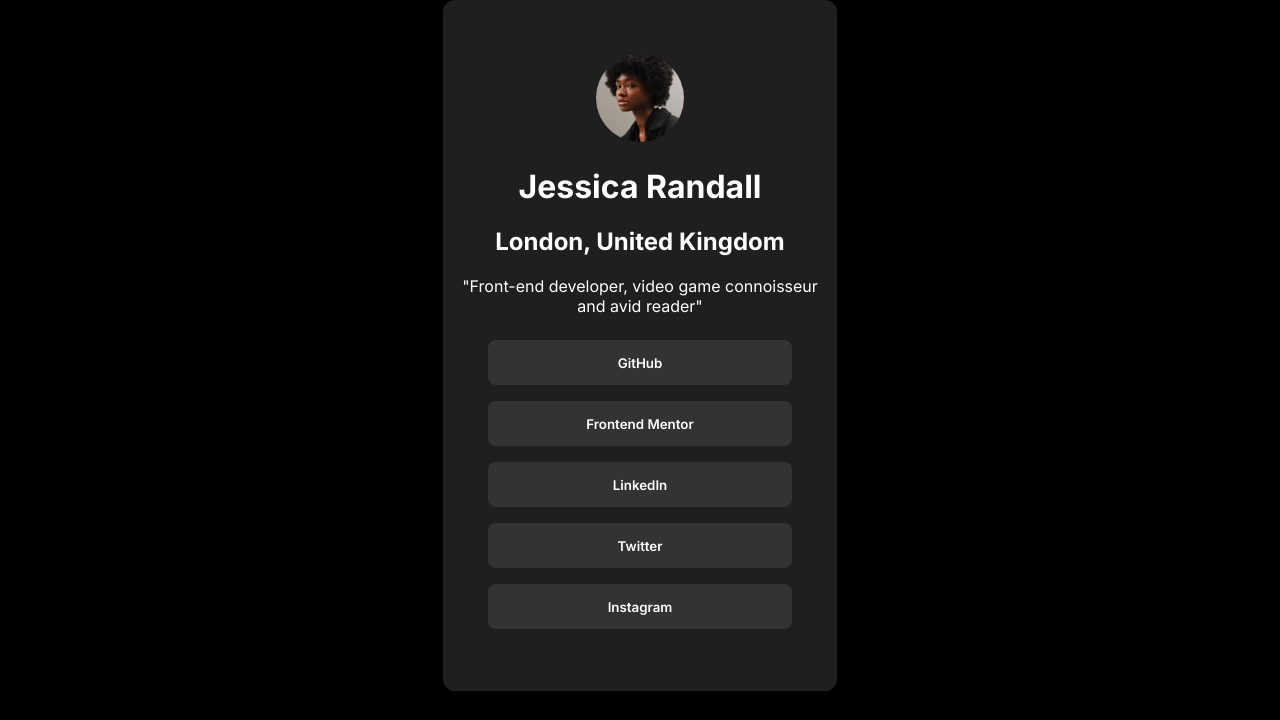
Repository: brandontaylor1/social-links-profile
Page: index.html
These files come from the project's save history. The page is drawn as it stood at one moment and after the next save; the edit follows.
The browser window is 1280 px wide. The pictures show the whole page.

Above is the page before, as saved 2024-12-25 17:49:52.

After the next save:
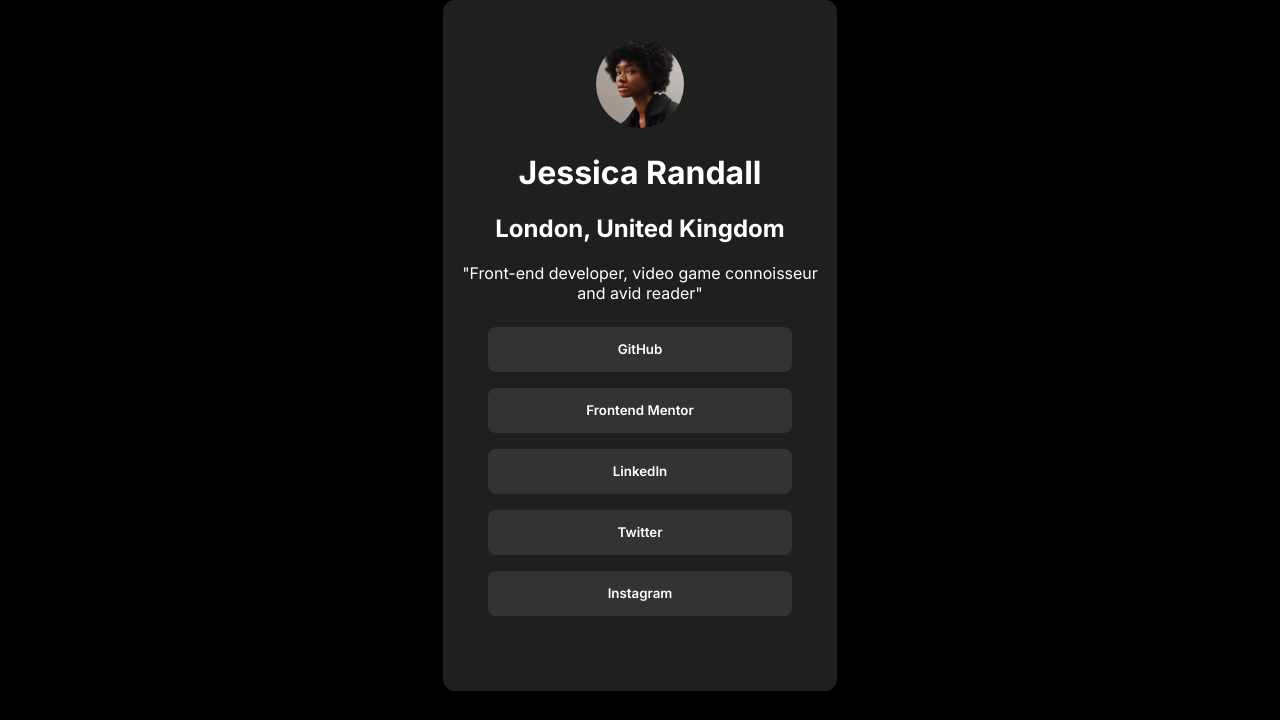
Saved 8 s later.
--- a/styles.css
+++ b/styles.css
@@ -25,10 +25,10 @@ body {
 .container {
     background-color: var(--gray-800);
     color: var(--color-white);
-    display: flex;
+    /* display: flex;
     flex-direction: column;
     justify-content: center;
-    align-items: center;
+    align-items: center; */
     border-radius: 12px;
     padding: 40px 5px;
     width: 384px;
